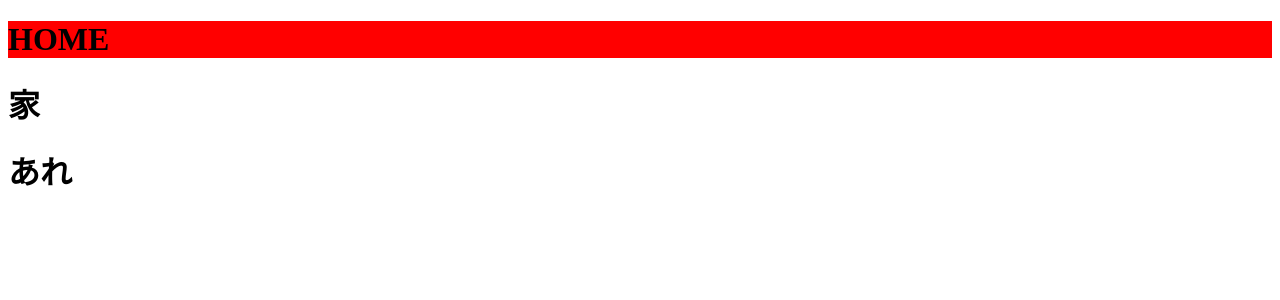
Repository: fukkatsuno-neda/samurai_HTML-CSS
Page: テスト/test.html
The author's editor kept a record of every edit. The page is drawn from the files as they stood at one moment, then again after the next edit.
The browser window is 1280 px wide. The pictures show the whole page.

Above is the page before.

After the next edit:
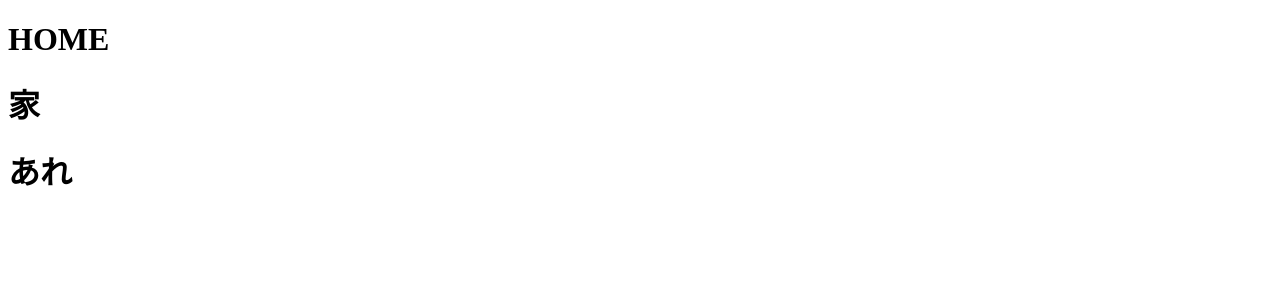
The edit:
--- a/テスト/test.html
+++ b/テスト/test.html
@@ -3,8 +3,8 @@
 <head>
     <meta charset="utf-8">
     <style>
-        h1:first-child{
-            background-color:red;
+        #sort{
+            display: flex;
         }
     </style>
 
